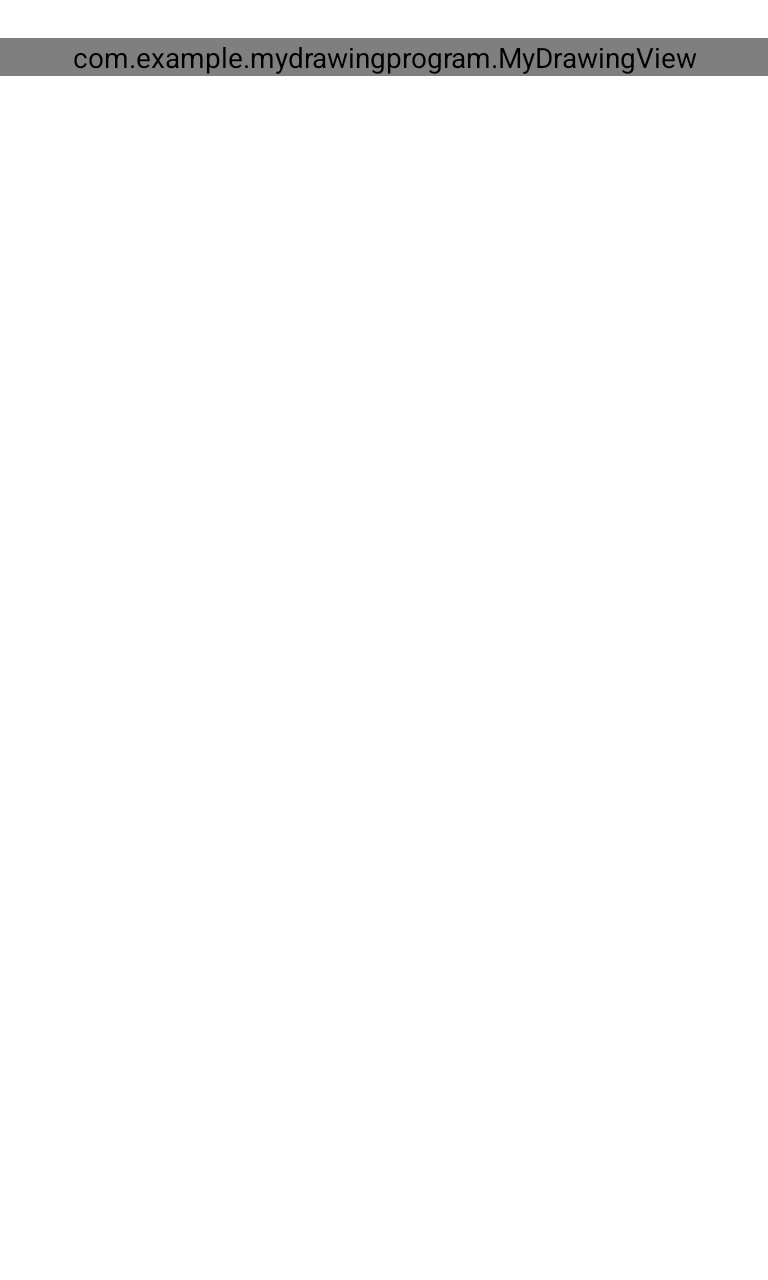
Repository: fusebox13/AndroidProjects
Layout: MyTouchScreenDrawingProgram/res/layout/activity_main.xml
An editor plug-in stored every save of this project. The layout is shown before and after the next save, followed by the edit.
Pictures or frames that could not be fetched are drawn as grey boxes. It is drawn on a 768 x 1280 px phone screen (xhdpi) without system bars, with theme AppTheme; the app's code is not run.

Above is the layout before, as saved 2014-03-12 20:11:26.

### MyTouchScreenDrawingProgram/res/layout/activity_main.xml
<?xml version="1.0" encoding="utf-8"?>
<LinearLayout xmlns:android="http://schemas.android.com/apk/res/android"
    android:orientation="vertical"
    android:layout_width="match_parent"
    android:layout_height="match_parent" >
    <TextView
              android:id="@+id/file_name"
              android:layout_width="match_parent"
              android:layout_height="wrap_content"
              android:text="" />


   <com.example.mydrawingprogram.MyDrawingView
      android:id="@+id/myDraw1"
      android:layout_width="match_parent"
      android:layout_height="wrap_content"
  />
</LinearLayout>

Loaded but not shown: MyTouchScreenDrawingProgram/res/values/styles.xml (common file); MyTouchScreenDrawingProgram/res/values-v11/styles.xml (common file); MyTouchScreenDrawingProgram/res/values-v14/styles.xml (common file)

After the next save:
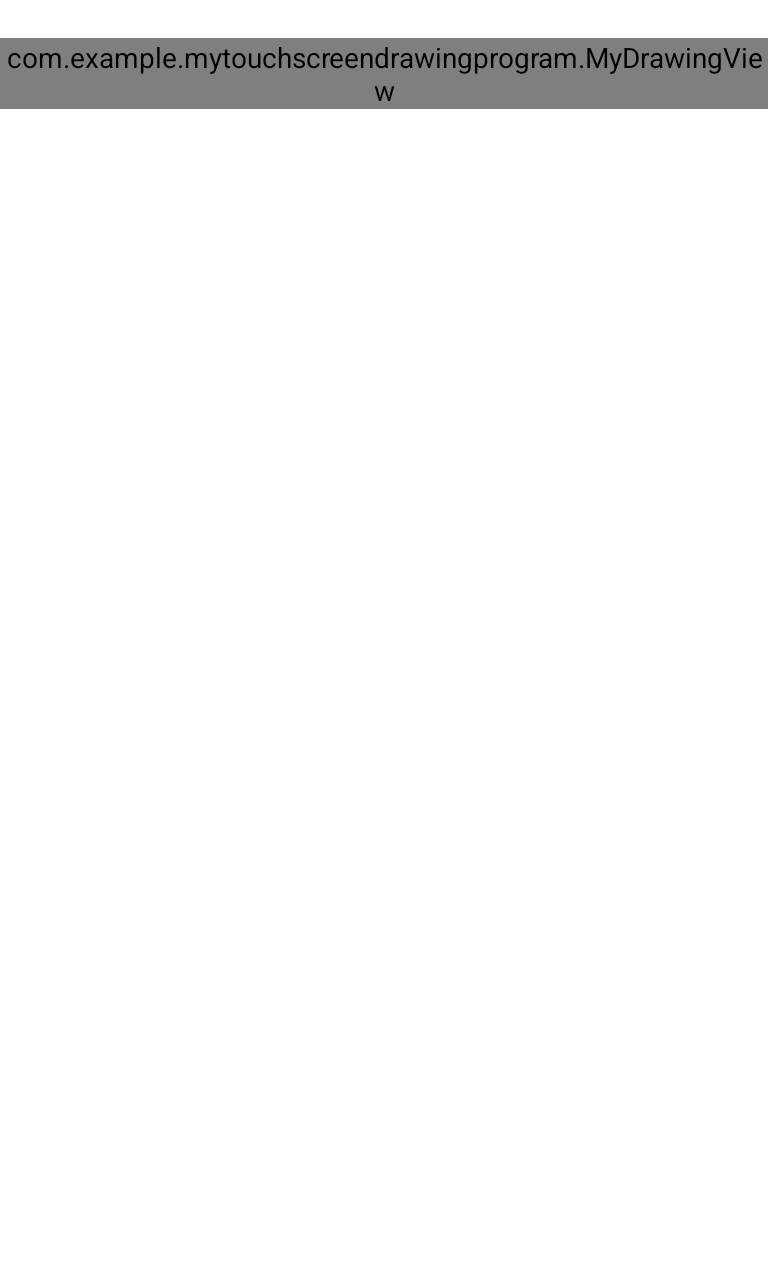
Saved 5 min 22 s later.
--- a/MyTouchScreenDrawingProgram/res/layout/activity_main.xml
+++ b/MyTouchScreenDrawingProgram/res/layout/activity_main.xml
@@ -10,7 +10,7 @@
               android:text="" />
 
 
-   <com.example.mydrawingprogram.MyDrawingView
+   <com.example.mytouchscreendrawingprogram.MyDrawingView
       android:id="@+id/myDraw1"
       android:layout_width="match_parent"
       android:layout_height="wrap_content"
